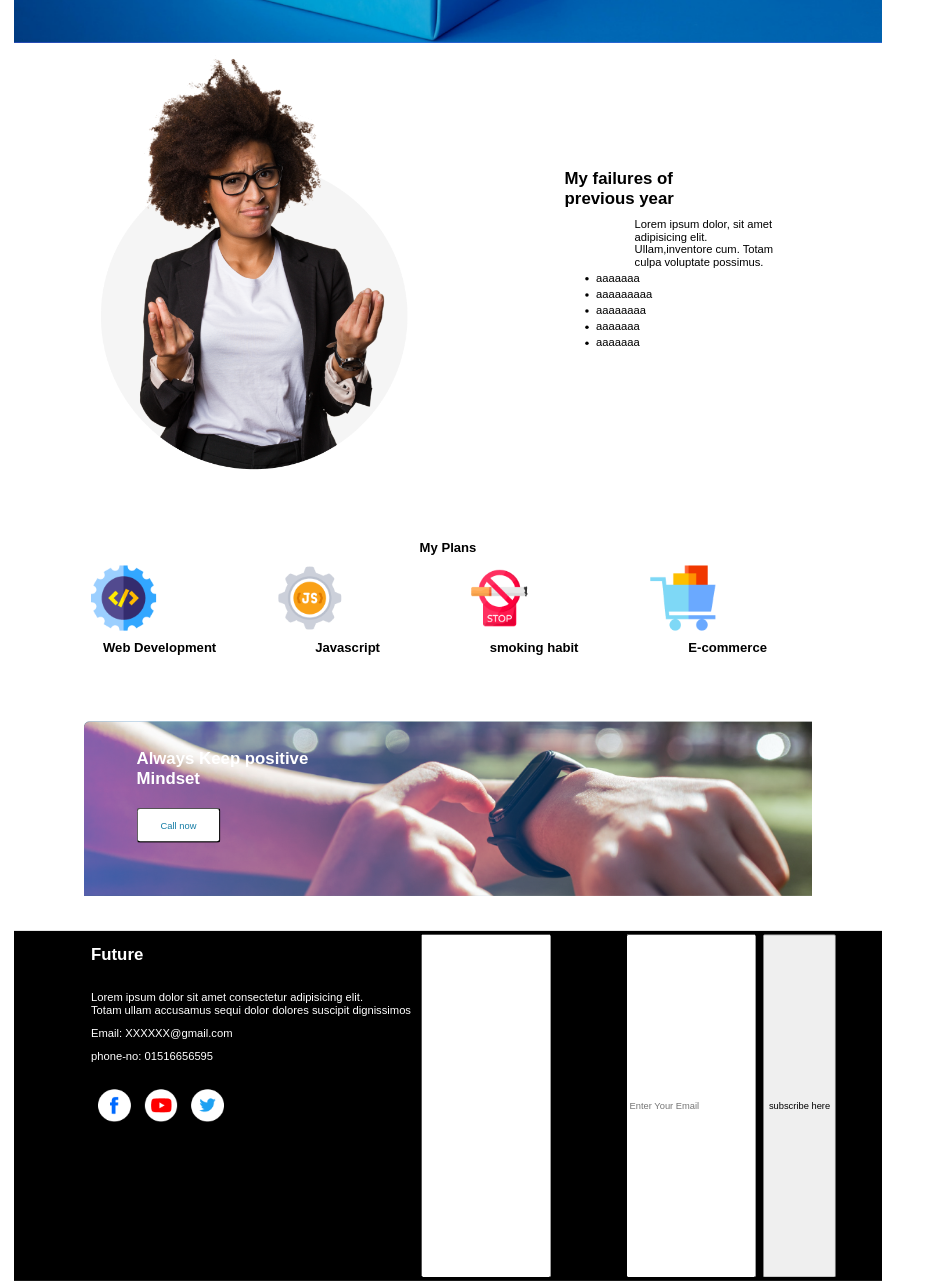
Repository: sadiaafsana138/All-Thinks-Are-Possible-Website
Page: index.html
The author's editor kept a copy of each file at every save. The page is drawn from the files as they stood at one save, then again after the next save.
The browser window is 1280 px wide. The page is 1344 px wide, so the pictures cover 1344 px, including what lies to the right of the window. The pictures show the part of the page from y = 757 to 2597 px (the page is 2597 px tall), at 70% of full size.

Above is the page before, as saved 2023-01-08 13:29:50.

After the next save:
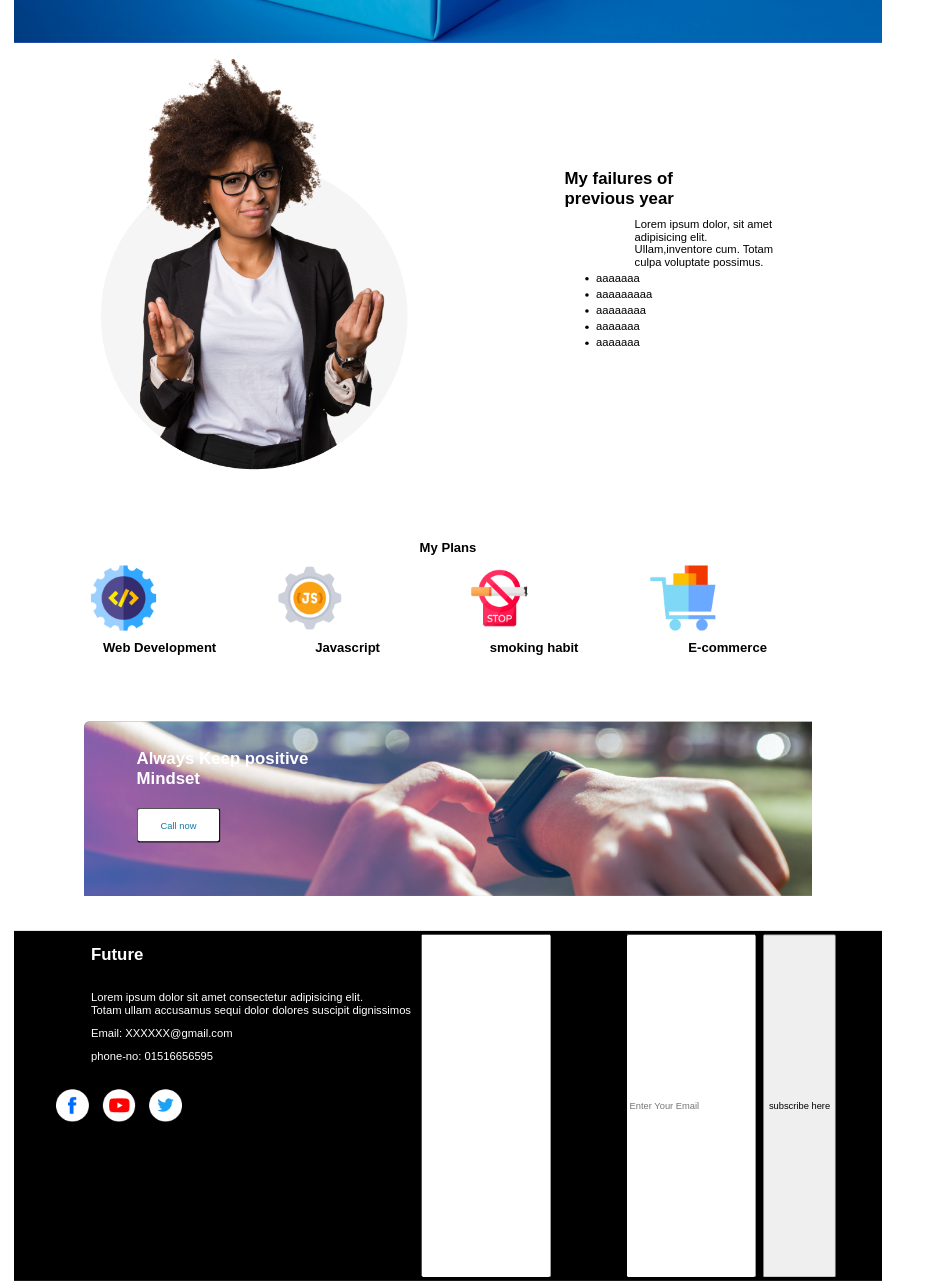
Saved 34 s later.
--- a/styles/web.css
+++ b/styles/web.css
@@ -117,5 +117,5 @@ p{
 }
 #footerdetails ul{
     display: flex;
-    padding-left: 100px;
+
 }
